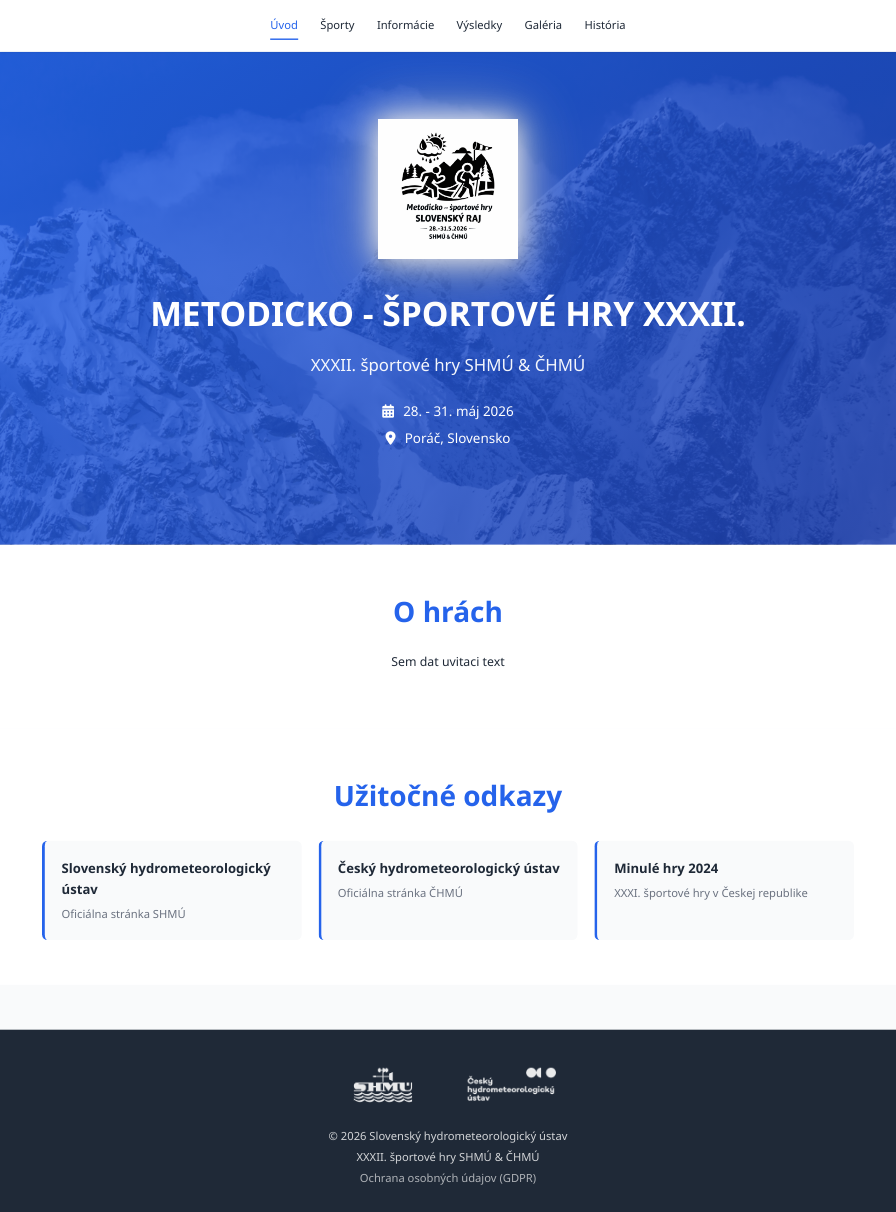
Repository: samiljimari/SHMU-web
Page: index.html
These files come from the project's save history. The page is drawn as it stood at one moment and after the next save; the edit follows.
The browser window is 1280 px wide. The pictures show the whole page, at 70% of full size.

Above is the page before, as saved 2026-01-14 14:51:01.

After the next save:
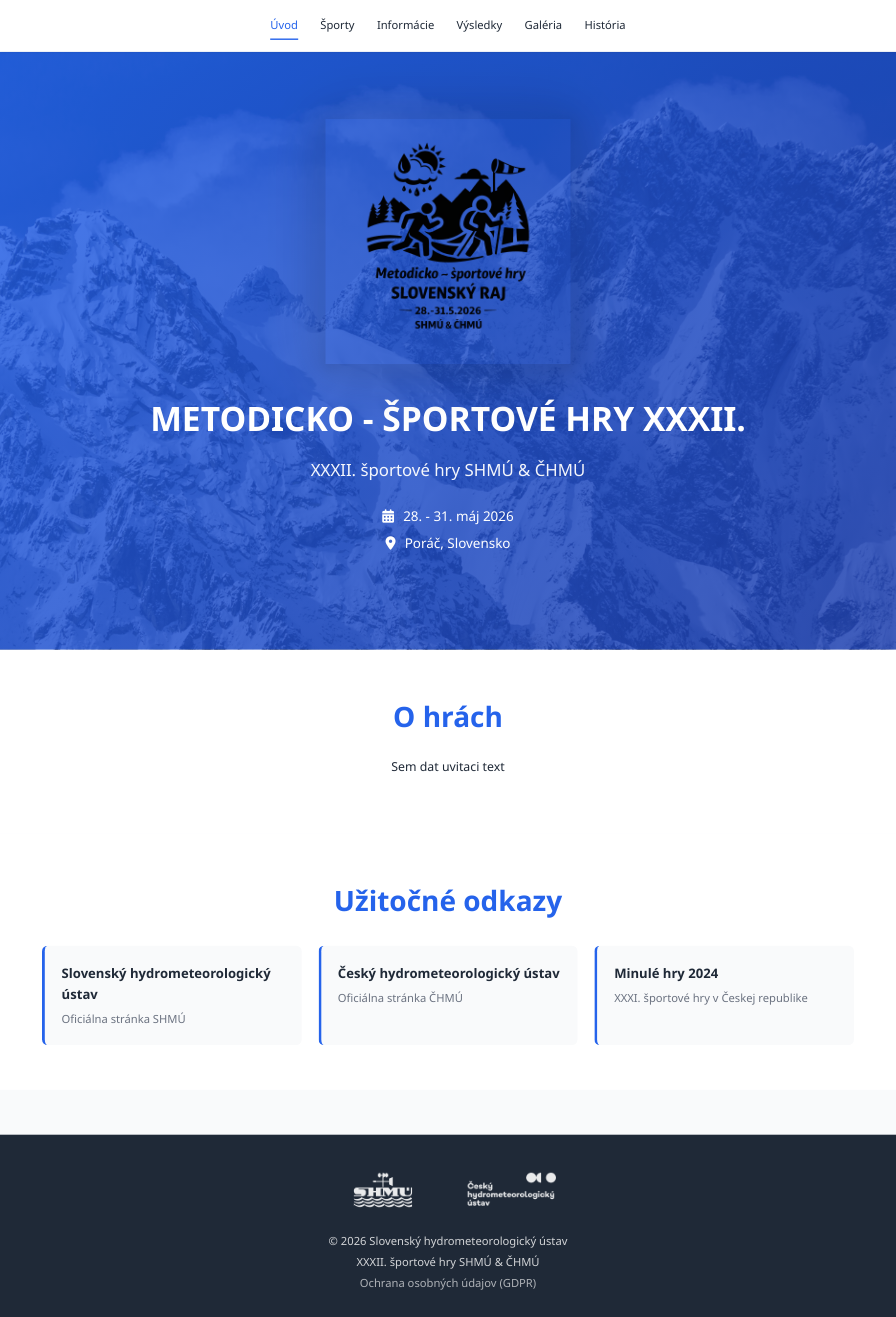
Saved 84 s later.
--- a/css/style.css
+++ b/css/style.css
@@ -122,13 +122,15 @@
 }
 
 .hero-logo {
-    height: 200px;
+    height: 350px;
     width: auto;
     margin-bottom: 2rem;
     filter: drop-shadow(0 0 20px rgba(255, 255, 255, 0.9))
             drop-shadow(0 0 40px rgba(255, 255, 255, 0.6))
             drop-shadow(0 4px 8px rgba(0, 0, 0, 0.3));
     opacity: 1;
+    mix-blend-mode: multiply;
+    background: transparent;
 }
 
 .hero-content h2 {
